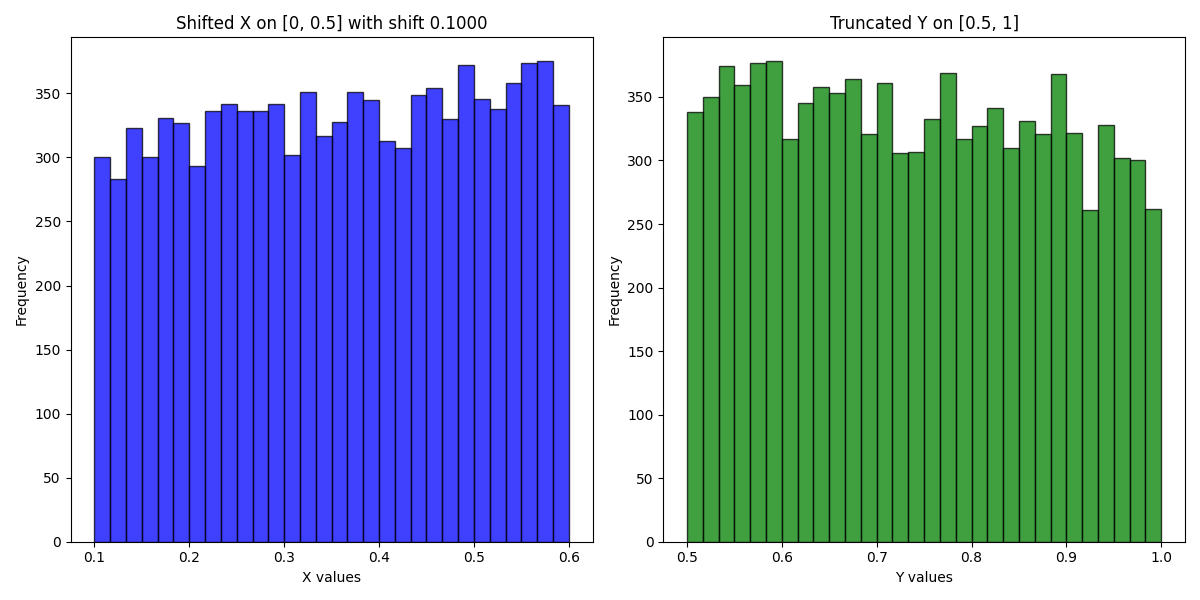
Repository: KrystofM/stealing-part-lm-supplementary-plaid
Script's output: python optimize_logit_queries/askers/shift.py
An editor plug-in stored every save of this project. The script's output is shown before and after the next save, followed by the edit.
Random numbers start from a fixed seed.

Above is the script's output before, as saved 2024-06-24 23:36:47.

### optimize_logit_queries/askers/shift.py
import numpy as np
import scipy.stats as stats
import matplotlib.pyplot as plt


# Function to generate truncated normal samples
def truncated_normal(mean, sigma, lower, upper, size=1):
    a, b = (lower - mean) / sigma, (upper - mean) / sigma
    truncated_distribution = stats.truncnorm(a, b, loc=mean, scale=sigma)
    samples = truncated_distribution.rvs(size=size)
    return samples

# Parameters
mean = 0.5
sigma = 0.8
size = 10000  # Increasing sample size for better accuracy

# Truncate X on [0, 0.5]
lower_X = 0
upper_X = 0.5
X = truncated_normal(mean, sigma, lower_X, upper_X, size=size)

# Truncate Y on [0.5, 1]
lower_Y = 0.5
upper_Y = 1
Y = truncated_normal(mean, sigma, lower_Y, upper_Y, size=size)

# Function to calculate P(X > Y) and P(Y > X)
def calculate_probabilities(X, Y, shift=0):
    X_shifted = X + shift
    prob_X_greater = np.mean(X_shifted > Y)
    prob_Y_greater = np.mean(Y > X_shifted)
    return prob_X_greater, prob_Y_greater

# Initial probabilities without any shift
prob_X_greater, prob_Y_greater = calculate_probabilities(X, Y)
print(f'Initial P(X > Y): {prob_X_greater}, P(Y > X): {prob_Y_greater}')

# Find the shift that makes P(X > Y) equal to P(Y > X)
shift = 0
tolerance = 0.001
max_iterations = 1000
for i in range(max_iterations):
    prob_X_greater, prob_Y_greater = calculate_probabilities(X, Y, shift)
    if abs(prob_X_greater - prob_Y_greater) < tolerance:
        break
    shift += 0.0001 if prob_X_greater < prob_Y_greater else -0.0001

print(f'Shift: {shift}')
prob_X_greater, prob_Y_greater = calculate_probabilities(X, Y, shift)
print(f'Final P(X > Y): {prob_X_greater}, P(Y > X): {prob_Y_greater}')

# Plot the results with the shifted X
plt.figure(figsize=(12, 6))

plt.subplot(1, 2, 1)
plt.hist(X + shift, bins=30, alpha=0.75, color='blue', edgecolor='black')
plt.title(f'Shifted X on [0, 0.5] with shift {shift:.4f}')
plt.xlabel('X values')
plt.ylabel('Frequency')

plt.subplot(1, 2, 2)
plt.hist(Y, bins=30, alpha=0.75, color='green', edgecolor='black')
plt.title('Truncated Y on [0.5, 1]')
plt.xlabel('Y values')
plt.ylabel('Frequency')

plt.tight_layout()
plt.show()

After the next save:
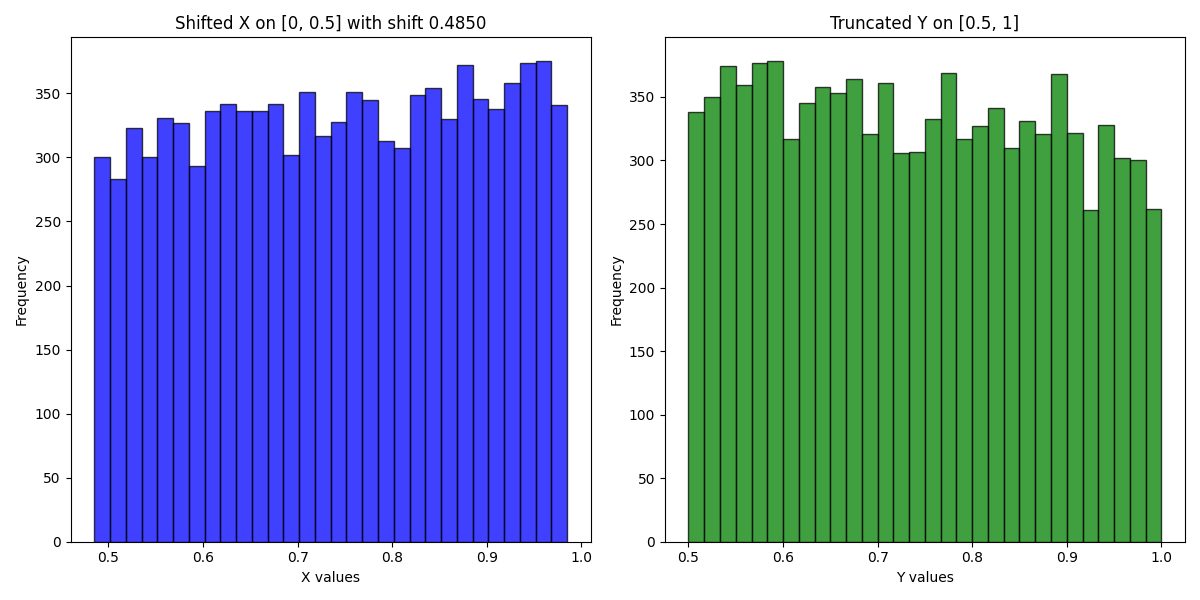
Saved 3 min 39 s later.
--- a/optimize_logit_queries/askers/shift.py
+++ b/optimize_logit_queries/askers/shift.py
@@ -39,17 +39,20 @@ print(f'Initial P(X > Y): {prob_X_greater}, P(Y > X): {prob_Y_greater}')
 # Find the shift that makes P(X > Y) equal to P(Y > X)
 shift = 0
 tolerance = 0.001
-max_iterations = 1000
-for i in range(max_iterations):
+shift_values = np.linspace(0, 1, 1001)  # Generate 1001 shift values from 0 to 1
+best_shift = 0
+smallest_difference = float('inf')  # Initialize with a large number
+
+for shift in shift_values:
     prob_X_greater, prob_Y_greater = calculate_probabilities(X, Y, shift)
-    if abs(prob_X_greater - prob_Y_greater) < tolerance:
-        break
-    shift += 0.0001 if prob_X_greater < prob_Y_greater else -0.0001
+    difference = abs(prob_X_greater - prob_Y_greater)
+    if difference < smallest_difference:
+        smallest_difference = difference
+        best_shift = shift
+        if smallest_difference < tolerance:
+            break
 
-print(f'Shift: {shift}')
-prob_X_greater, prob_Y_greater = calculate_probabilities(X, Y, shift)
-print(f'Final P(X > Y): {prob_X_greater}, P(Y > X): {prob_Y_greater}')
-
+print(f'Best shift: {best_shift}, with smallest difference: {smallest_difference}')
 # Plot the results with the shifted X
 plt.figure(figsize=(12, 6))
 
